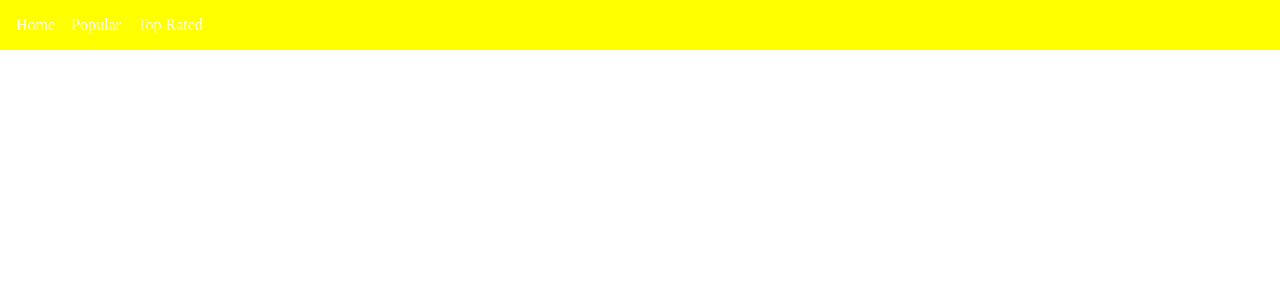
Repository: suraj-yadav7/IMDbClone
Page: /
The author's editor kept a copy of each file at every save. The page is drawn from the files as they stood at one save, then again after the next save.
The browser window is 1280 px wide. The pictures show the whole page.
The project was rebuilt for these pictures with package versions that can differ from the ones it lists, and the page was loaded fresh each time. Also part of the build but not shown: src/index.scss, src/components/Popular.jsx.

Above is the page before, as saved 2023-06-03 00:32:50.

### src/index.jsx
import React from 'react';
import ReactDOM from 'react-dom/client';
import './index.scss';
import App from './App';
import { Provider } from 'react-redux';
import store from './store/store.jsx';


const root = ReactDOM.createRoot(document.getElementById('root'));
root.render(
  <Provider store={store}>
    <App />
  </Provider>
);

### src/App.jsx
import './App.scss';
import Footer from './components/Footer';
import Home from './components/Home';
import Navbar from './components/Navbar';
import Popular from './components/Popular';
import { BrowserRouter as Router, Routes, Route, Link } from "react-router-dom"



function App() {
  return (
    <>
      <Router>
        <Navbar />
          <Routes>
            <Route exact path={"/"} element={<Home />} />
            <Route exact path={"popular/:id"} element={<Popular />} />
            <Route exact path={"/*"} element={<h3>Error: Page Not Found (404)</h3>} />
          </Routes>
        <Footer />
      </Router>
    </>
  );
}

export default App;

### src/store/store.jsx
import { configureStore } from "@reduxjs/toolkit";
import movieSlice from "./slices/movieSlice";

const store= configureStore({
reducer:{
    movie:movieSlice
}
})

export default store

### src/App.scss
*{
  padding: 0;
  margin: 0;
  box-sizing: border-box;
  color: white;
}

### src/components/Footer.jsx
import React from 'react'

const Footer = () => {
  return (
    <div>
      the footer
    </div>
  )
}

export default Footer

### src/components/Home.jsx
import React from 'react'

const Home = () => {
  return (
    <>

    </>
  )
}

export default Home

### src/components/Navbar.jsx
import React from 'react';
import "../styles/navfoot.scss"

const Navbar = () => {
  return (
    <>
      <nav>
        <div className='navbar'>
          <ul>
            <li>Home</li>
            <li>Popular</li>
            <li>Top Rated</li>
          </ul>
        </div>
      </nav>
    </>
  )
}

export default Navbar

### src/store/slices/movieSlice.jsx
import { createAsyncThunk, createSlice } from "@reduxjs/toolkit";


export const popularMovie = createAsyncThunk("popularMovie", async(args,{rejectWithValue})=>{
    let response = await fetch("https://api.themoviedb.org/3/movie/popular?api_key=9c6d31f462d1f29aa5dd899cd00c34b5",{
        method:"GET",
        headers:{
            "content-type":"application/json"
        },

    })

    try{
        const data=response.json()
        console.log("the popular",data)
        return data
    }
    catch(error){
        rejectWithValue(error)
    }
});



const movieSlice = createSlice({
    name:"movieSlice",
    initialState:{
        movieData:[],
        popularData:[],
        lading:false,
        error:null
    },


    reducers:{

    },

    extraReducers:{
        [popularMovie.pending]:(state)=>{
            state.lading=true
        },
        [popularMovie.fulfilled]:(state,action)=>{
            state.popularData=action.payload
        },
        [popularMovie.rejected]:(state,action)=>{
            state.error=action.payload
        }

    }

})

export default movieSlice.reducer

export const {} = movieSlice.actions

### src/styles/navfoot.scss
nav{
    background-color: yellow;

    >.navbar{
        padding: 1rem;
        // margin: 0 10px;
        >ul{
            display: flex;
        flex-direction: row;
        gap: 1rem;
        color: blue;

        >li{
            list-style: none;
        }
    }
}
}

Loaded but not shown: public/index.html (common file)

After the next save:
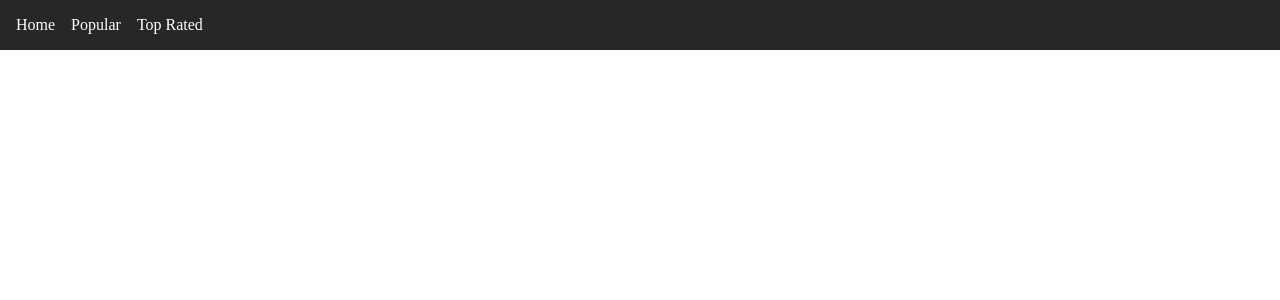
Saved 44 s later.
--- a/src/styles/navfoot.scss
+++ b/src/styles/navfoot.scss
@@ -1,5 +1,5 @@
 nav{
-    background-color: yellow;
+    background-color: rgb(40, 39, 39);
 
     >.navbar{
         padding: 1rem;
